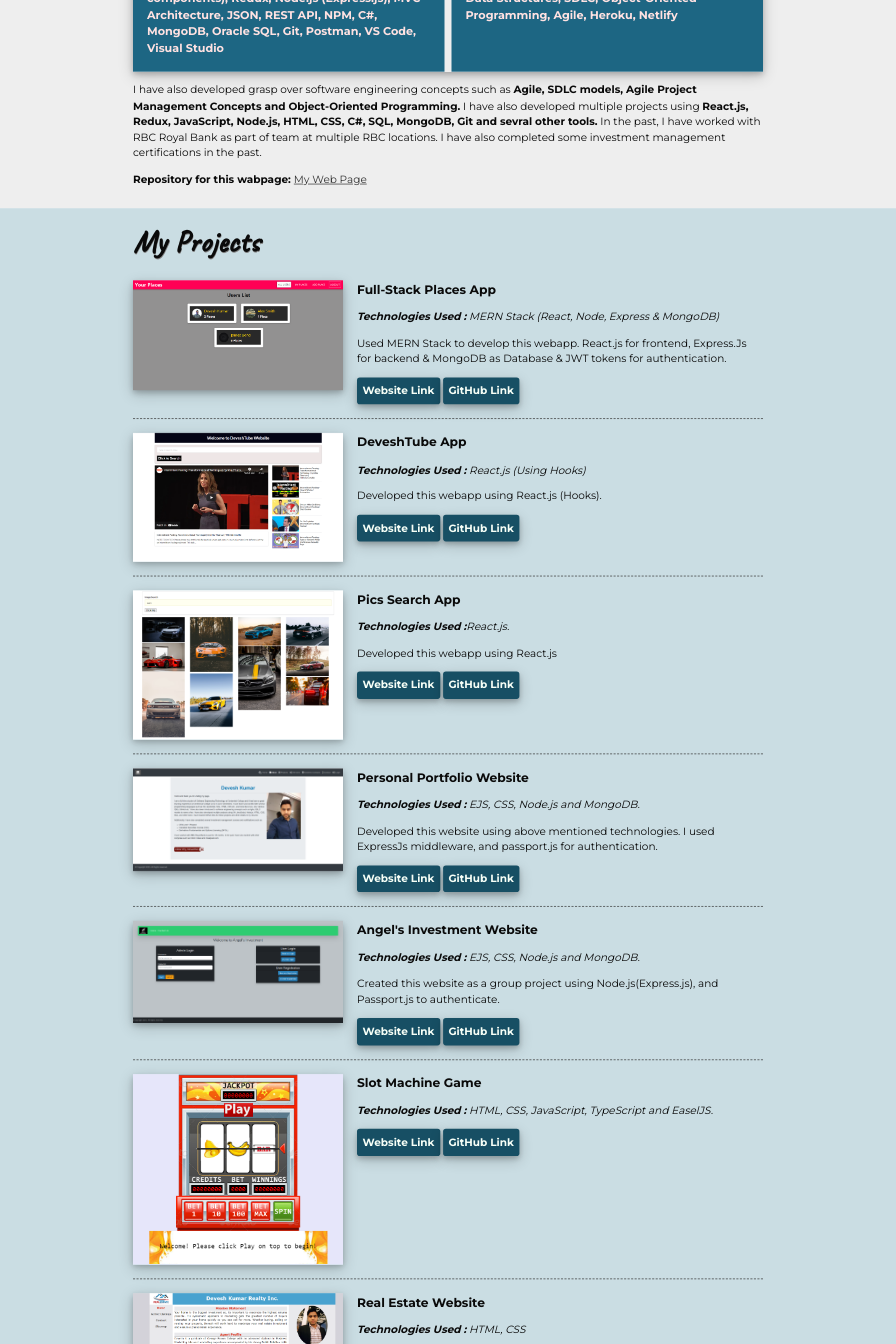
Repository: My-Web-Page/MyWebPage
Page: index.html
These files come from the project's save history. The page is drawn as it stood at one moment and after the next save; the edit follows.
The browser window is 1280 px wide. The pictures show the part of the page from y = 918 to 2838 px (the page is 4985 px tall before and 4947 px after), at 70% of full size.
Some web libraries are served in a nearby version.

Above is the page before, as saved 2021-09-07 14:46:56.

After the next save:
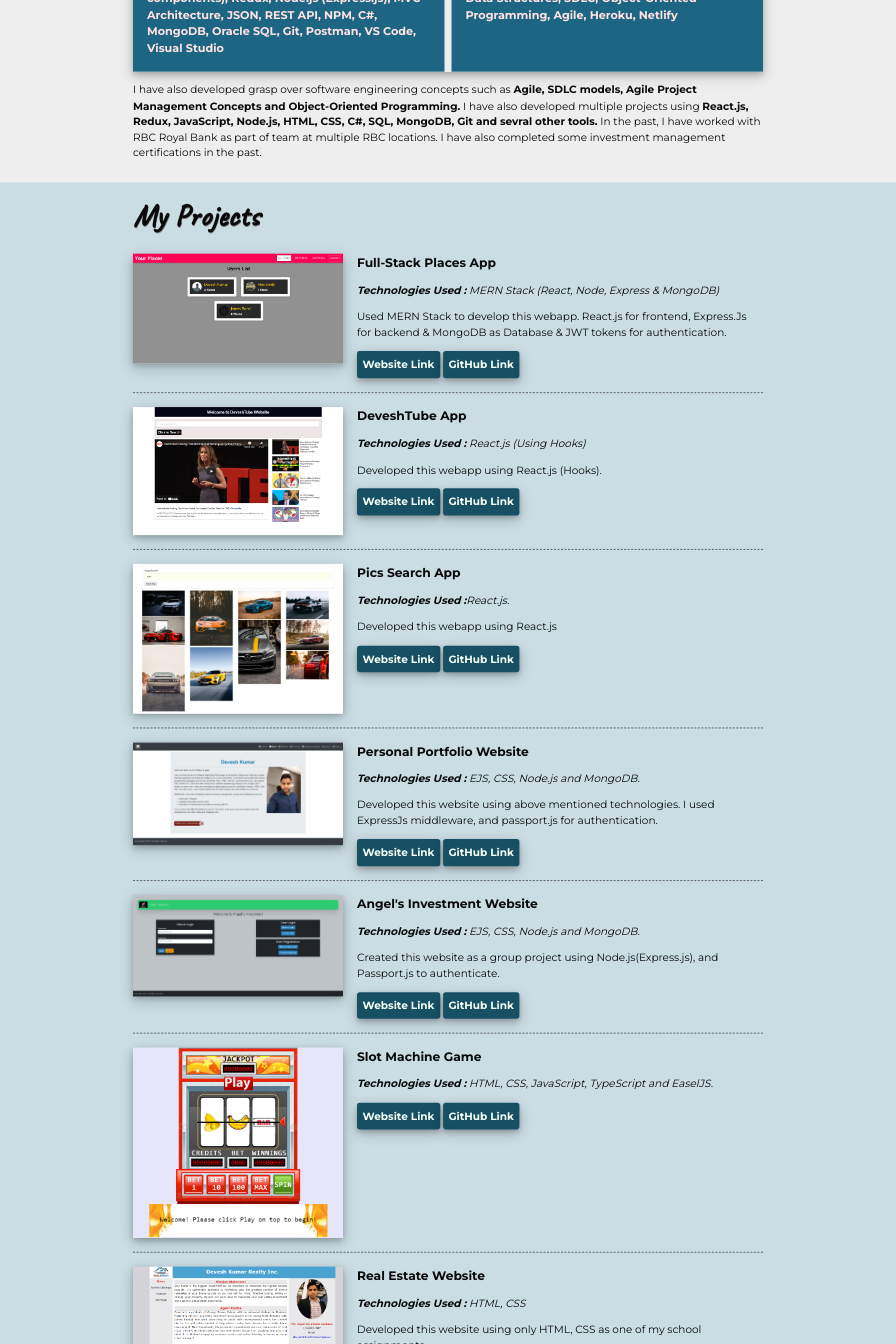
Saved 76 s later.
--- a/index.html
+++ b/index.html
@@ -68,7 +68,6 @@
                         MongoDB, Git and sevral other tools.</strong> In the past, I have worked with RBC Royal Bank as part of team at multiple RBC locations. I have also completed some investment management certifications in the past.
                 </p>
 
-                <p><strong>Repository for this wabpage: </strong><a id="my-page-repo" target="_blank" href="https://github.com/portretrieve/MyWebPage">My Web Page</a></p>
 
             </div>
         </section>
